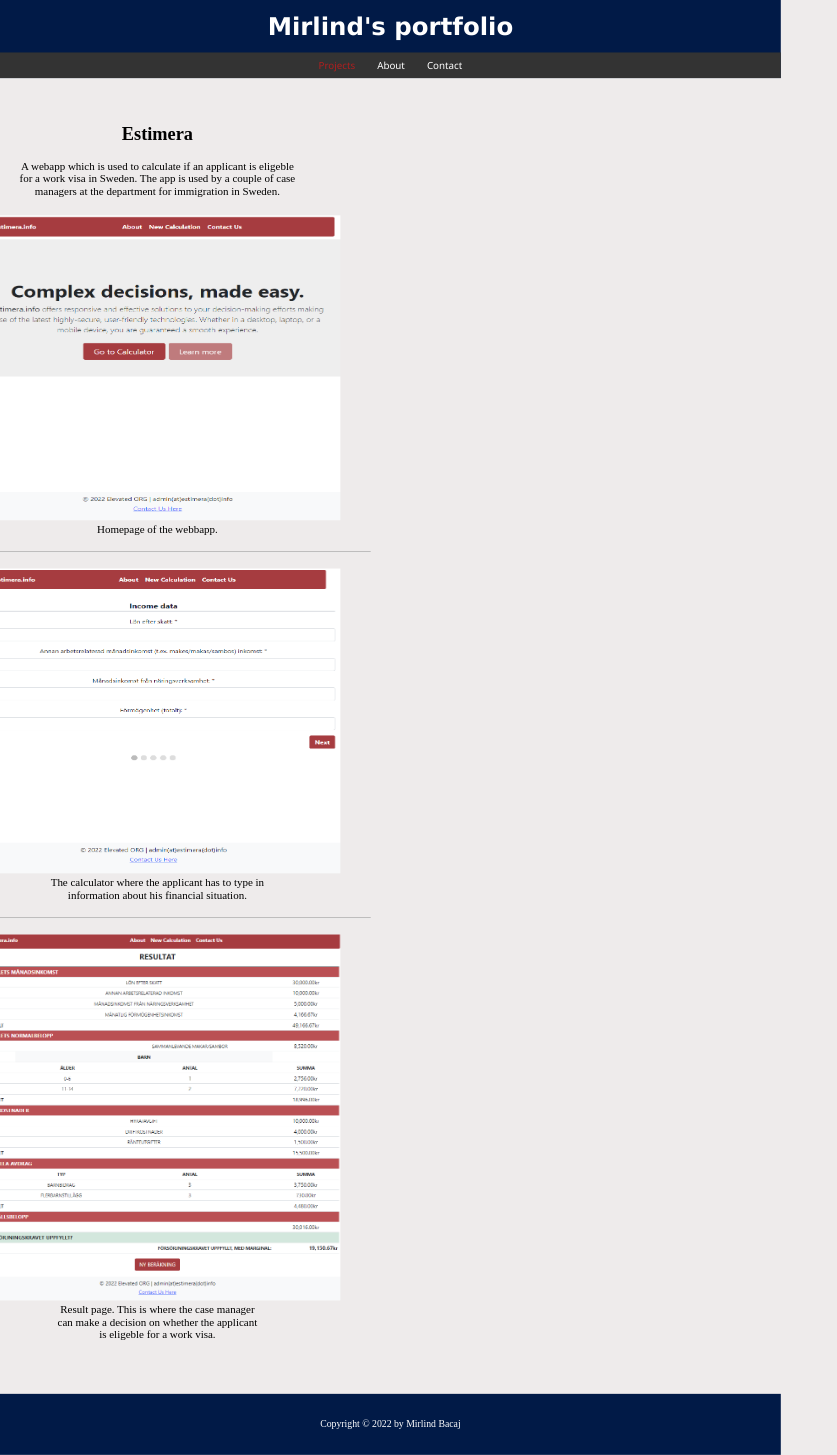
Repository: mirkbirki/mirkbirki.github.io
Page: projects.html
An editor plug-in stored every save of this project. The page is shown before and after the next save, followed by the edit.
The browser window is 1280 px wide. The page is 1372 px wide, so the pictures cover 1372 px, including what lies to the right of the window. The pictures show the whole page, at 61% of full size.

Above is the page before, as saved 2022-10-31 11:21:52.

After the next save:
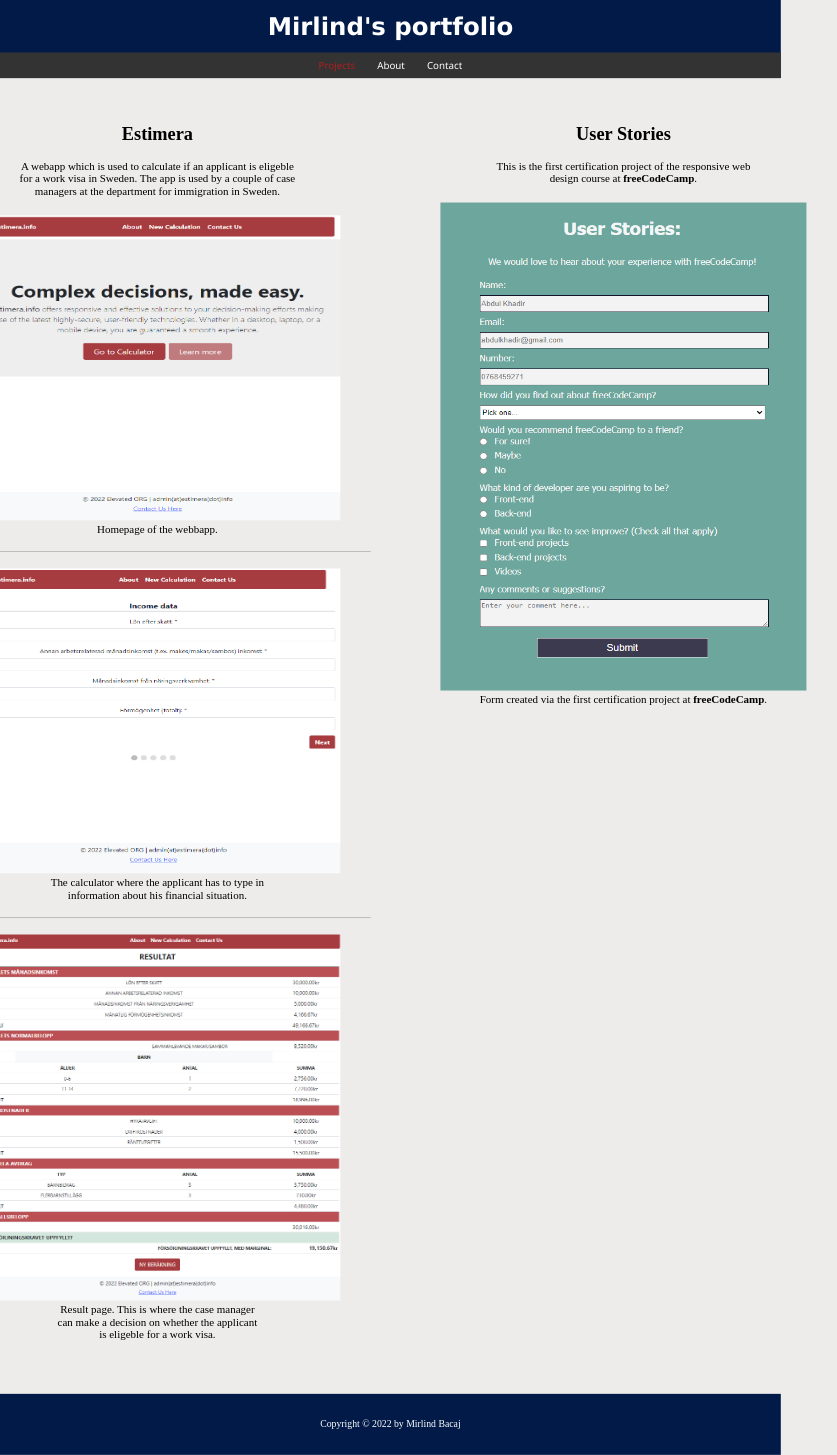
Saved 45 min 33 s later.
--- a/projects.html
+++ b/projects.html
@@ -42,7 +42,14 @@
         </figure>
     </div>
     <div class="grid-item-2">
-
+        <h2 class="estimera">User Stories</h2>
+        <p>This is the first certification project of the responsive web<br>design course at <a href="https://www.
+        freecodecamp.org/learn" target="_blank">freeCodeCamp</a>.</p>
+        <figure>
+            <img src="user-stories.PNG" alt="home page" width="600" height="800">
+            <figcaption>Form created via the first certification project at <a href="https://www.
+            freecodecamp.org/learn" target="_blank">freeCodeCamp</a>.</figcaption>
+        </figure>
     </div>
     <div class="grid-item-3">
 
--- a/styles.css
+++ b/styles.css
@@ -270,6 +270,18 @@ input[type=text], select, textarea {
     padding: 10px;
   }
 
+  .grid-container a {
+    text-decoration: none;
+    color: black;
+    font-weight: bold;
+  }
+
+  .grid-container a:hover {
+    text-decoration: none;
+    color: rgb(175, 31, 31);
+    font-weight: bold;
+  }
+
   .grid-item-1 {
     text-align: center;
     margin-bottom: 60px;
